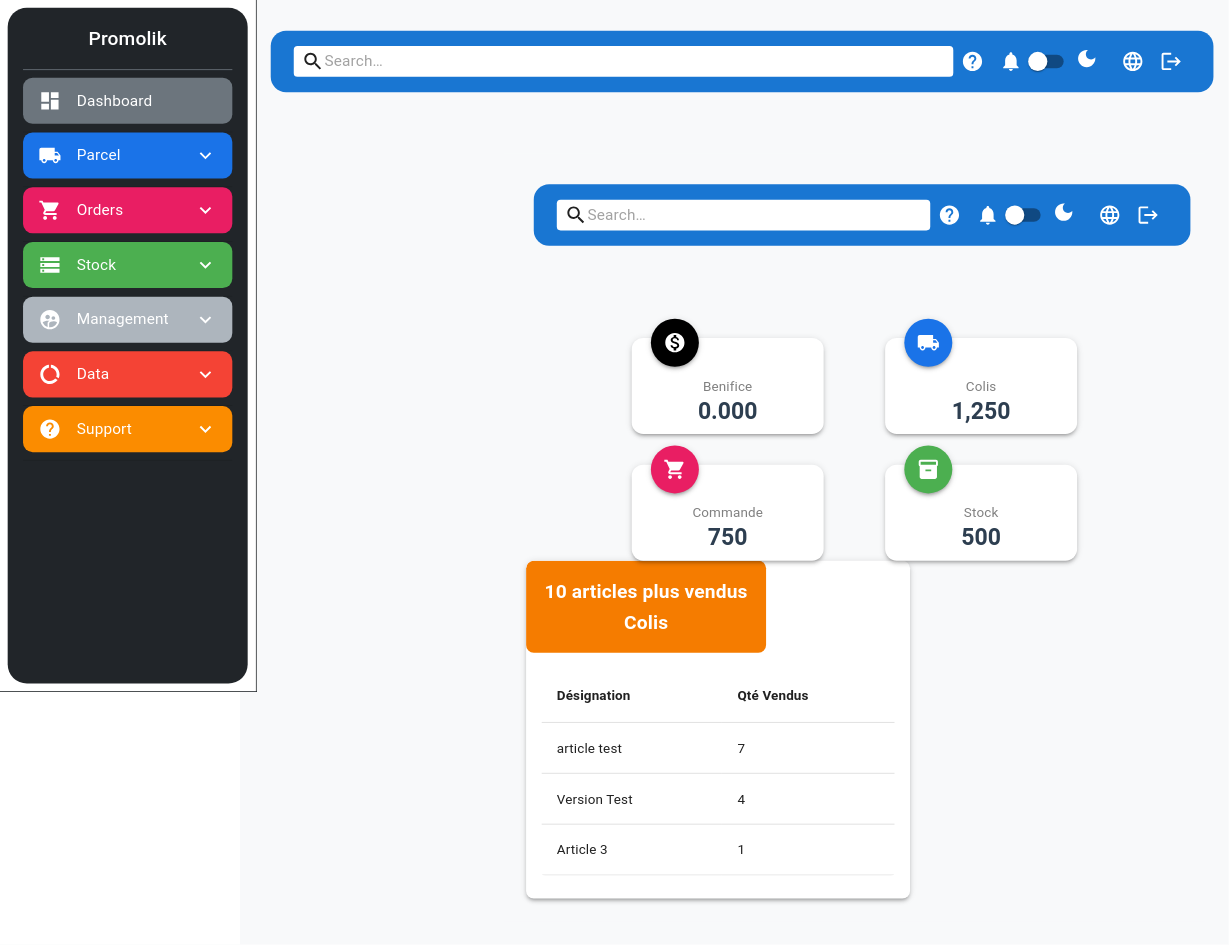
Repository: yosrjdly/stk
Page: /dashboard (app in dashboard/)
The author's editor kept a copy of each file at every save. The page is drawn from the files as they stood at one save, then again after a run of saves.
The browser window is 1280 px wide. The pictures show the whole page, at 96% of full size.
The project was rebuilt for these pictures with package versions that can differ from the ones it lists, and the page was loaded fresh each time. The framework's server and built-in components were replaced by stand-ins that run in the browser. Also part of the build but not shown: dashboard/next.config.ts.

Above is the page before, as saved 2025-02-14 18:12:12.

After the next 2 saves:
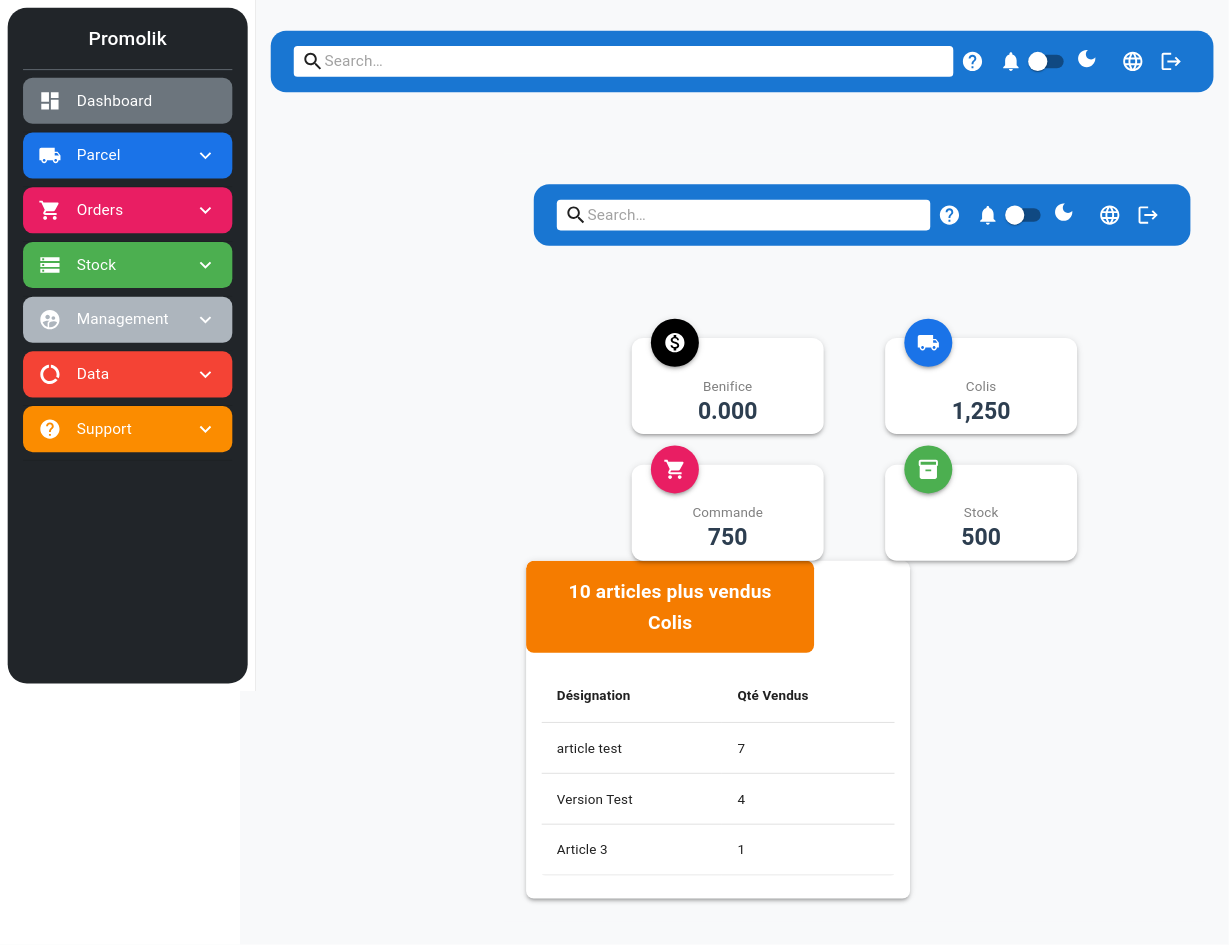
The 2 saves are shown as one change because 1 did not build or start.
The last was saved 12 s later.
--- a/dashboard/src/componenets/cards/mediumCard/TopSellingCard.tsx
+++ b/dashboard/src/componenets/cards/mediumCard/TopSellingCard.tsx
@@ -11,7 +11,7 @@ const data = [
 const TopSellingCard = () => {
   return (
     <Card sx={{ maxWidth: 400, borderRadius: 2, boxShadow: 3, overflow: "hidden" }}>
-      <CardContent sx={{ backgroundColor: "#f57c00", color: "white", textAlign: "center", padding: 2 ,borderRadius: 2 ,width:250}}>
+      <CardContent sx={{ backgroundColor: "#f57c00", color: "white", textAlign: "center", padding: 2 ,borderRadius: 2 ,width:300}}>
         <Typography variant="h6" fontWeight="bold">
           10 articles plus vendus
         </Typography>
